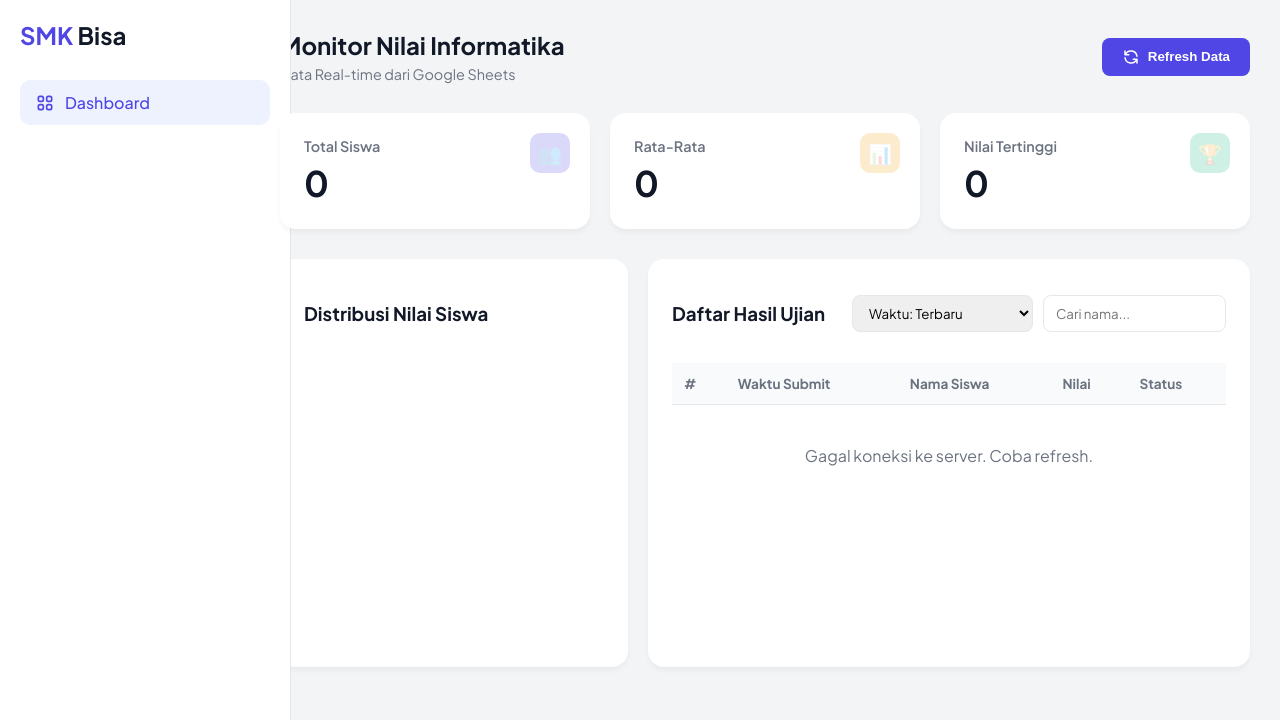
Repository: smkmutipugademak/dashboardnilaiasesmenformatif
Page: dashboard.html
The author's editor kept a copy of each file at every save. The page is drawn from the files as they stood at one save, then again after the next save.
The browser window is 1280 px wide. The pictures show the whole page.
The page's requests for data from a server got no answer.

Above is the page before, as saved 2025-12-07 08:06:18.

### dashboard.html
<!DOCTYPE html>
<html lang="id">

<head>
    <meta charset="UTF-8">
    <meta name="viewport" content="width=device-width, initial-scale=1.0">
    <title>Dashboard Monitoring Asesmen Formatif Sistem Komputer</title>

    <link href="https://fonts.googleapis.com/css2?family=Plus+Jakarta+Sans:wght@400;500;600;700&display=swap"
        rel="stylesheet">

    <script src="https://cdn.jsdelivr.net/npm/chart.js"></script>

    <link rel="stylesheet" href="dashboard.css">
</head>

<body>

    <nav class="sidebar">
        <div class="logo">
            <h2>SMK <span>Bisa</span></h2>
        </div>
        <div class="menu-item active">
            <svg width="20" height="20" fill="none" stroke="currentColor" viewBox="0 0 24 24">
                <path stroke-linecap="round" stroke-linejoin="round" stroke-width="2"
                    d="M4 6a2 2 0 012-2h2a2 2 0 012 2v2a2 2 0 01-2 2H6a2 2 0 01-2-2V6zM14 6a2 2 0 012-2h2a2 2 0 012 2v2a2 2 0 01-2 2h-2a2 2 0 01-2-2V6zM4 16a2 2 0 012-2h2a2 2 0 012 2v2a2 2 0 01-2 2H6a2 2 0 01-2-2v-2zM14 16a2 2 0 012-2h2a2 2 0 012 2v2a2 2 0 01-2 2h-2a2 2 0 01-2-2v-2z">
                </path>
            </svg>
            Dashboard
        </div>
    </nav>

    <main class="main-content">
        <header class="top-bar">
            <div>
                <h1>Monitor Nilai Informatika</h1>
                <p class="subtitle">Data Real-time dari Google Sheets</p>
            </div>
            <button class="btn-refresh" onclick="loadData()">
                <svg width="18" height="18" fill="none" stroke="currentColor" viewBox="0 0 24 24">
                    <path stroke-linecap="round" stroke-linejoin="round" stroke-width="2"
                        d="M4 4v5h.582m15.356 2A8.001 8.001 0 004.582 9m0 0H9m11 11v-5h-.581m0 0a8.003 8.003 0 01-15.357-2m15.357 2H15">
                    </path>
                </svg>
                Refresh Data
            </button>
        </header>

        <div class="stats-container">
            <div class="card stat-card">
                <div class="stat-title">Total Siswa</div>
                <div class="stat-value" id="totalSiswa">0</div>
                <div class="stat-icon bg-blue">👥</div>
            </div>
            <div class="card stat-card">
                <div class="stat-title">Rata-Rata</div>
                <div class="stat-value" id="rataRata">0</div>
                <div class="stat-icon bg-orange">📊</div>
            </div>
            <div class="card stat-card">
                <div class="stat-title">Nilai Tertinggi</div>
                <div class="stat-value" id="nilaiTertinggi">0</div>
                <div class="stat-icon bg-green">🏆</div>
            </div>
        </div>

        <div class="content-grid">

            <div class="card chart-section">
                <h3>Distribusi Nilai Siswa</h3>
                <div class="chart-wrapper">
                    <canvas id="scoreChart"></canvas>
                </div>
            </div>

            <div class="card table-section">
                <div class="table-header">
                    <h3>Daftar Hasil Ujian</h3>
                    <div class="controls">
                        <select id="sortFilter" onchange="applySort()">
                            <option value="time_desc">Waktu: Terbaru</option>
                            <option value="time_asc">Waktu: Terlama (Awal)</option>
                            <option value="score_desc">Nilai: Tertinggi</option>
                            <option value="score_asc">Nilai: Terendah</option>
                        </select>
                        <input type="text" id="searchInput" placeholder="Cari nama..." onkeyup="applySearch()">
                    </div>
                </div>

                <div class="table-responsive">
                    <table id="resultTable">
                        <thead>
                            <tr>
                                <th>#</th>
                                <th>Waktu Submit</th>
                                <th>Nama Siswa</th>
                                <th>Nilai</th>
                                <th>Status</th>
                            </tr>
                        </thead>
                        <tbody id="tableBody">
                        </tbody>
                    </table>
                    <div id="loading" class="loading-state">Sedang memuat data...</div>
                    <div id="empty" class="empty-state" style="display:none;">Belum ada data.</div>
                </div>
            </div>
        </div>
    </main>

    <script src="dashboard.js"></script>
</body>

</html>

### dashboard.css
:root {
    --primary: #4f46e5;
    --primary-dark: #4338ca;
    --bg-body: #f3f4f6;
    --bg-card: #ffffff;
    --text-main: #111827;
    --text-muted: #6b7280;
    --border: #e5e7eb;
    --success: #10b981;
    --warning: #f59e0b;
    --danger: #ef4444;
}

body {
    font-family: 'Plus Jakarta Sans', sans-serif;
    background-color: var(--bg-body);
    color: var(--text-main);
    margin: 0;
    display: flex;
    min-height: 100vh;
}

/* Sidebar */
.sidebar {
    width: 250px;
    background: var(--bg-card);
    border-right: 1px solid var(--border);
    padding: 20px;
    display: flex;
    flex-direction: column;
    position: fixed;
    height: 100%;
}

.logo h2 {
    color: var(--primary);
    margin: 0 0 30px 0;
}

.logo span {
    color: var(--text-main);
}

.menu-item {
    padding: 12px 15px;
    border-radius: 10px;
    cursor: pointer;
    display: flex;
    align-items: center;
    gap: 10px;
    color: var(--text-muted);
    font-weight: 500;
    transition: all 0.2s;
}

.menu-item.active,
.menu-item:hover {
    background: #eef2ff;
    color: var(--primary);
}

/* Main Content */
.main-content {
    flex: 1;
    margin-left: 250px;
    padding: 30px;
}

.top-bar {
    display: flex;
    justify-content: space-between;
    align-items: center;
    margin-bottom: 30px;
}

.top-bar h1 {
    margin: 0;
    font-size: 1.5rem;
}

.subtitle {
    color: var(--text-muted);
    margin: 5px 0 0 0;
    font-size: 0.9rem;
}

.btn-refresh {
    background: var(--primary);
    color: white;
    border: none;
    padding: 10px 20px;
    border-radius: 8px;
    font-weight: 600;
    cursor: pointer;
    display: flex;
    align-items: center;
    gap: 8px;
    transition: 0.2s;
}

.btn-refresh:hover {
    background: var(--primary-dark);
}

/* Stats */
.stats-container {
    display: grid;
    grid-template-columns: repeat(auto-fit, minmax(200px, 1fr));
    gap: 20px;
    margin-bottom: 30px;
}

.card {
    background: var(--bg-card);
    border-radius: 16px;
    padding: 24px;
    box-shadow: 0 4px 6px -1px rgba(0, 0, 0, 0.05);
}

.stat-card {
    position: relative;
    overflow: hidden;
}

.stat-title {
    color: var(--text-muted);
    font-size: 0.9rem;
    font-weight: 600;
}

.stat-value {
    font-size: 2.2rem;
    font-weight: 700;
    margin-top: 5px;
    color: var(--text-main);
}

.stat-icon {
    position: absolute;
    right: 20px;
    top: 20px;
    width: 40px;
    height: 40px;
    border-radius: 10px;
    display: flex;
    align-items: center;
    justify-content: center;
    font-size: 1.2rem;
    opacity: 0.2;
}

.bg-blue {
    background: var(--primary);
    color: var(--primary);
}

.bg-orange {
    background: var(--warning);
    color: var(--warning);
}

.bg-green {
    background: var(--success);
    color: var(--success);
}

/* Grid Chart & Table */
.content-grid {
    display: grid;
    grid-template-columns: 1fr 2fr;
    /* Chart 1 bagian, Tabel 2 bagian */
    gap: 20px;
}

@media (max-width: 1000px) {
    .content-grid {
        grid-template-columns: 1fr;
    }

    .sidebar {
        display: none;
    }

    .main-content {
        margin-left: 0;
    }
}

/* Chart */
.chart-wrapper {
    position: relative;
    height: 300px;
    width: 100%;
}

/* Table */
.table-header {
    display: flex;
    justify-content: space-between;
    align-items: center;
    margin-bottom: 20px;
    flex-wrap: wrap;
    gap: 15px;
}

.controls {
    display: flex;
    gap: 10px;
}

.controls select,
.controls input {
    padding: 8px 12px;
    border: 1px solid var(--border);
    border-radius: 8px;
    font-family: inherit;
    outline: none;
}

table {
    width: 100%;
    border-collapse: collapse;
}

th {
    text-align: left;
    padding: 12px;
    color: var(--text-muted);
    font-size: 0.85rem;
    border-bottom: 1px solid var(--border);
    background: #f9fafb;
}

td {
    padding: 16px 12px;
    border-bottom: 1px solid var(--border);
    font-size: 0.95rem;
}

/* Badge Nilai */
.badge {
    padding: 4px 10px;
    border-radius: 20px;
    font-size: 0.8rem;
    font-weight: 700;
}

.badge-pass {
    background: #d1fae5;
    color: #065f46;
}

.badge-fail {
    background: #fee2e2;
    color: #991b1b;
}

.loading-state,
.empty-state {
    text-align: center;
    padding: 40px;
    color: var(--text-muted);
}

### dashboard.js
// ==========================================
// KONFIGURASI
// ==========================================
// Paste URL Google Apps Script Bapak di sini:
const API_URL = "https://script.google.com/macros/s/AKfycbwCPLNZcQ-7rjg74-pfTkrodI_srdDcAbno6ccI1kWK7CsCMqtT2Rxt4WJLOvhmm1Ol/exec";

let rawData = []; // Menyimpan data mentah dari server
let chartInstance = null; // Menyimpan instance grafik

// Saat halaman dimuat
document.addEventListener('DOMContentLoaded', () => {
    loadData();
});

// ==========================================
// FUNGSI UTAMA: LOAD DATA
// ==========================================
async function loadData() {
    const loading = document.getElementById('loading');
    const empty = document.getElementById('empty');
    const tableBody = document.getElementById('tableBody');

    // Reset UI
    tableBody.innerHTML = '';
    loading.style.display = 'block';
    empty.style.display = 'none';

    try {
        // Fetch data dengan timestamp agar tidak dicache browser
        const response = await fetch(`${API_URL}?t=${new Date().getTime()}`);
        const data = await response.json();

        loading.style.display = 'none';

        if (!data || data.length === 0) {
            empty.style.display = 'block';
            updateStats([]);
            return;
        }

        // Simpan data ke variabel global & Bersihkan format nilai
        rawData = data.map(item => {
            // Bersihkan tanda kutip pada nilai jika ada ("'80" -> 80)
            let cleanScore = parseInt(item.nilai.toString().replace(/['"]/g, ''));
            return {
                waktu: new Date(item.waktu),
                nama: item.nama,
                nilai: isNaN(cleanScore) ? 0 : cleanScore
            };
        });

        // Jalankan fungsi-fungsi render
        updateStats(rawData);
        renderChart(rawData);
        applySort(); // Ini akan memanggil renderTable juga

    } catch (error) {
        console.error("Error:", error);
        loading.innerHTML = "Gagal koneksi ke server. Coba refresh.";
    }
}

// ==========================================
// LOGIKA SORTING & FILTER
// ==========================================
function applySort() {
    const sortValue = document.getElementById('sortFilter').value;
    let sortedData = [...rawData]; // Copy array agar master data tidak rusak

    // Logika Pengurutan
    sortedData.sort((a, b) => {
        if (sortValue === 'time_desc') return b.waktu - a.waktu; // Terbaru
        if (sortValue === 'time_asc') return a.waktu - b.waktu;  // Terlama (Tercepat submit)
        if (sortValue === 'score_desc') return b.nilai - a.nilai; // Nilai Tinggi
        if (sortValue === 'score_asc') return a.nilai - b.nilai;  // Nilai Rendah
    });

    applySearch(sortedData);
}

function applySearch(dataToRender = null) {
    const query = document.getElementById('searchInput').value.toLowerCase();

    // Jika dataToRender null, berarti dipanggil langsung dari input search, ambil dari rawData yg sudah disort
    let sourceData = dataToRender || rawData;

    // Namun untuk konsistensi sorting saat search, kita panggil sort dulu
    if (!dataToRender) {
        const sortValue = document.getElementById('sortFilter').value;
        sourceData = [...rawData].sort((a, b) => {
            if (sortValue === 'time_desc') return b.waktu - a.waktu;
            if (sortValue === 'time_asc') return a.waktu - b.waktu;
            if (sortValue === 'score_desc') return b.nilai - a.nilai;
            if (sortValue === 'score_asc') return a.nilai - b.nilai;
        });
    }

    const filtered = sourceData.filter(item => item.nama.toLowerCase().includes(query));
    renderTable(filtered);
}

// ==========================================
// RENDER TABEL
// ==========================================
function renderTable(data) {
    const tableBody = document.getElementById('tableBody');
    tableBody.innerHTML = '';

    data.forEach((row, index) => {
        const tr = document.createElement('tr');

        // Format Waktu: 07 Des, 10:30
        const timeString = row.waktu.toLocaleDateString('id-ID', { day: 'numeric', month: 'short' }) +
            ', ' + row.waktu.toLocaleTimeString('id-ID', { hour: '2-digit', minute: '2-digit' });

        // Tentukan Badge
        const statusBadge = row.nilai >= 75
            ? `<span class="badge badge-pass">Lulus</span>`
            : `<span class="badge badge-fail">Remedial</span>`;

        tr.innerHTML = `
            <td>${index + 1}</td>
            <td style="color: var(--text-muted); font-size: 0.9rem;">${timeString}</td>
            <td style="font-weight: 600;">${row.nama}</td>
            <td style="font-weight: 700;">${row.nilai}</td>
            <td>${statusBadge}</td>
        `;
        tableBody.appendChild(tr);
    });
}

// ==========================================
// UPDATE STATISTIK & GRAFIK
// ==========================================
function updateStats(data) {
    const total = data.length;
    if (total === 0) return;

    // Hitung rata-rata
    const sum = data.reduce((acc, curr) => acc + curr.nilai, 0);
    const avg = Math.round(sum / total);

    // Cari nilai tertinggi
    const max = Math.max(...data.map(item => item.nilai));

    // Update UI
    document.getElementById('totalSiswa').innerText = total;
    document.getElementById('rataRata').innerText = avg;
    document.getElementById('nilaiTertinggi').innerText = max;
}

function renderChart(data) {
    const ctx = document.getElementById('scoreChart').getContext('2d');

    // Kategorikan Nilai (Range)
    let rangeA = 0; // 85 - 100
    let rangeB = 0; // 70 - 84
    let rangeC = 0; // < 70

    data.forEach(item => {
        if (item.nilai >= 85) rangeA++;
        else if (item.nilai >= 70) rangeB++;
        else rangeC++;
    });

    // Hapus chart lama jika ada (untuk refresh)
    if (chartInstance) chartInstance.destroy();

    // Buat Chart Baru
    chartInstance = new Chart(ctx, {
        type: 'doughnut', // Tipe Chart: Pie/Doughnut
        data: {
            labels: ['Sangat Baik (>85)', 'Baik (70-84)', 'Perlu Bimbingan (<70)'],
            datasets: [{
                data: [rangeA, rangeB, rangeC],
                backgroundColor: [
                    '#10b981', // Hijau
                    '#f59e0b', // Orange
                    '#ef4444'  // Merah
                ],
                borderWidth: 0
            }]
        },
        options: {
            responsive: true,
            maintainAspectRatio: false,
            plugins: {
                legend: {
                    position: 'bottom',
                    labels: { usePointStyle: true, padding: 20 }
                }
            }
        }
    });
}

After the next save:
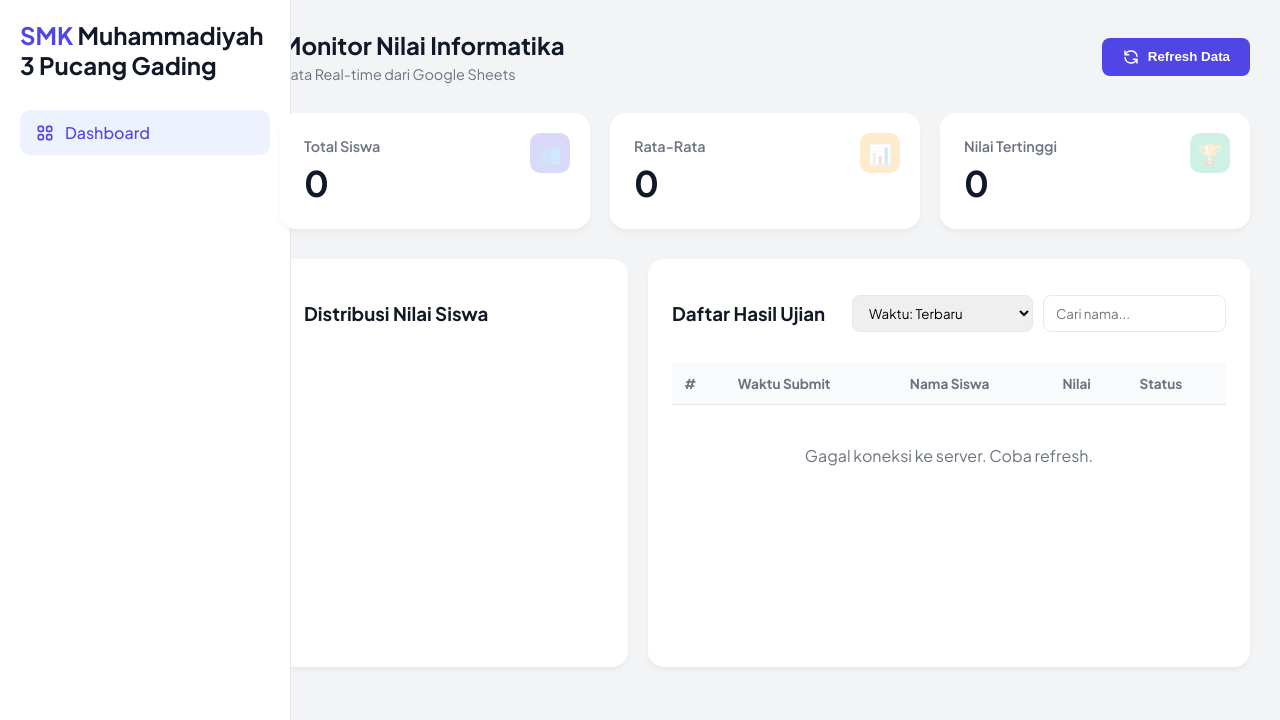
Saved 17 s later.
--- a/dashboard.html
+++ b/dashboard.html
@@ -18,7 +18,7 @@
 
     <nav class="sidebar">
         <div class="logo">
-            <h2>SMK <span>Bisa</span></h2>
+            <h2>SMK <span>Muhammadiyah 3 Pucang Gading</span></h2>
         </div>
         <div class="menu-item active">
             <svg width="20" height="20" fill="none" stroke="currentColor" viewBox="0 0 24 24">
